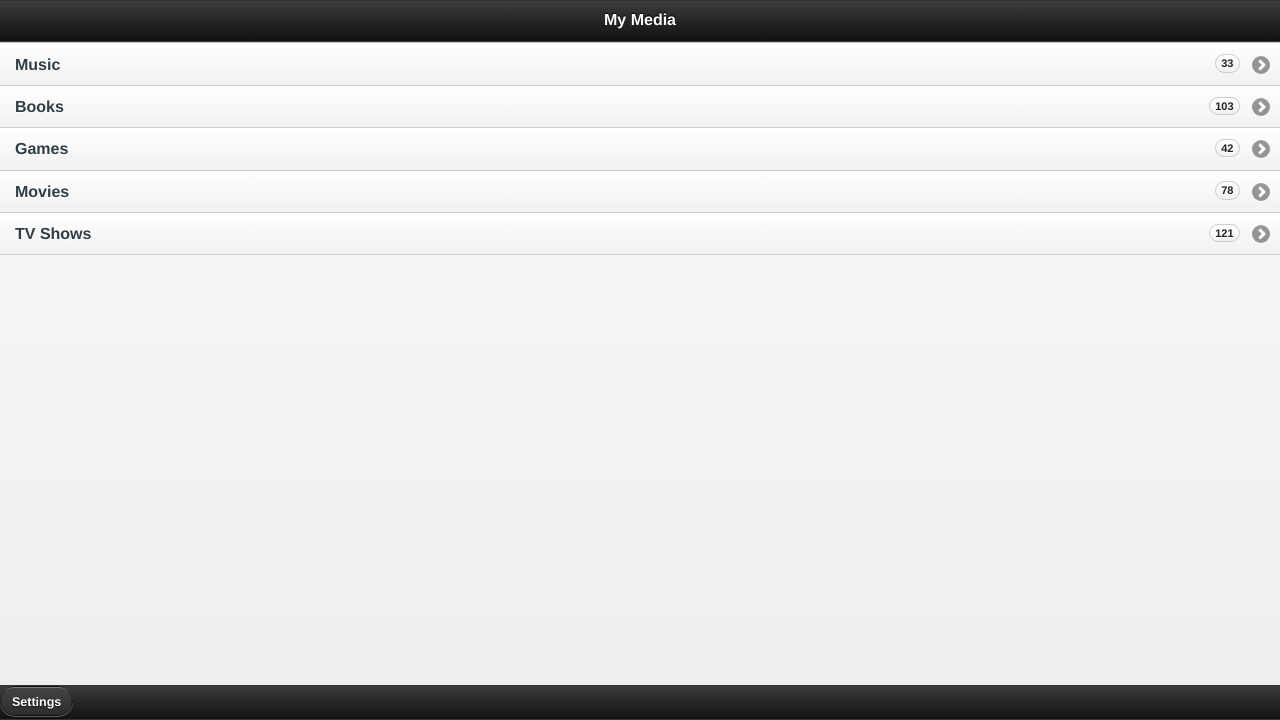
Repository: shavo0915/MediaCollectionApp
Page: MediaCollectionApp/assets/www/index.html
An editor plug-in stored every save of this project. The page is shown before and after the next save, followed by the edit.
The browser window is 1280 px wide. The pictures show the whole page.

Above is the page before, as saved 2013-01-30 22:18:33.

After the next save:
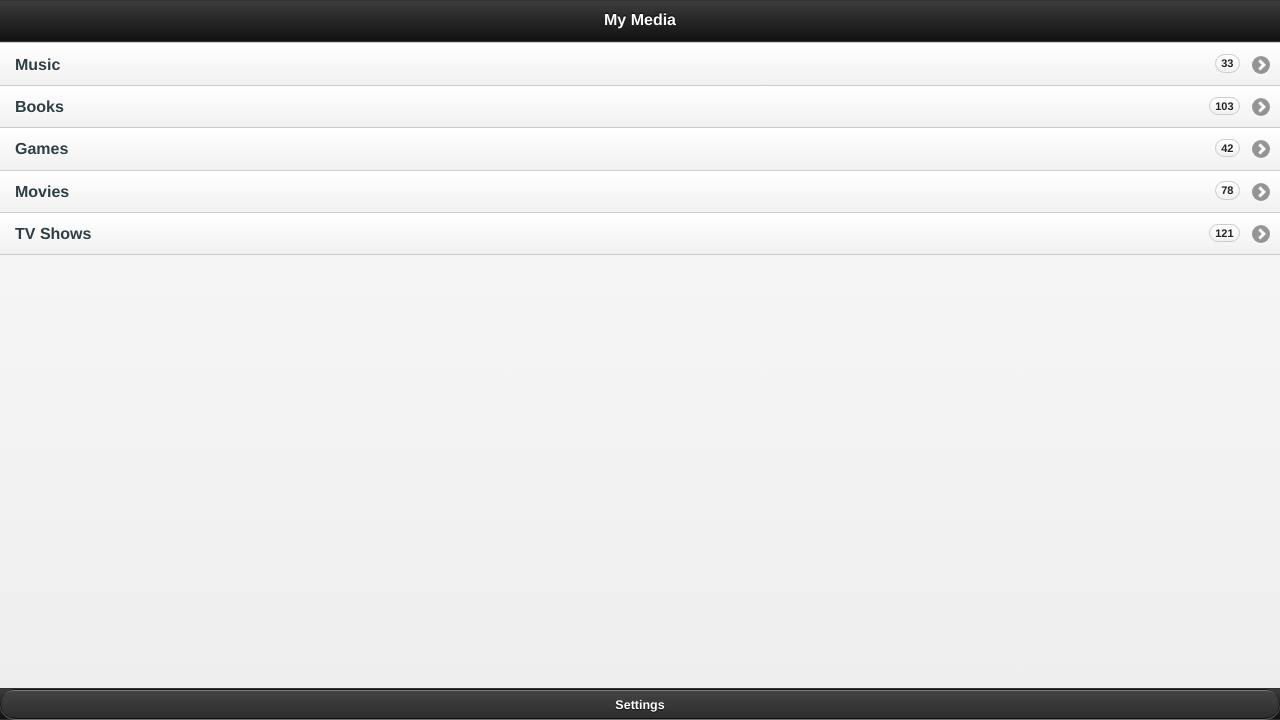
Saved 4 min 56 s later.
--- a/MediaCollectionApp/assets/www/index.html
+++ b/MediaCollectionApp/assets/www/index.html
@@ -47,7 +47,7 @@
 			</li>
 
 			<div data-role="footer" data-position="fixed">
-				<a href="" data-role="button" data-theme="a" data-mini="true">Settings</a>
+				<a href="" data-role="button" data-theme="a" data-mini="true" data-inline="false">Settings</a>
 			</div>
 
 		</ul>
